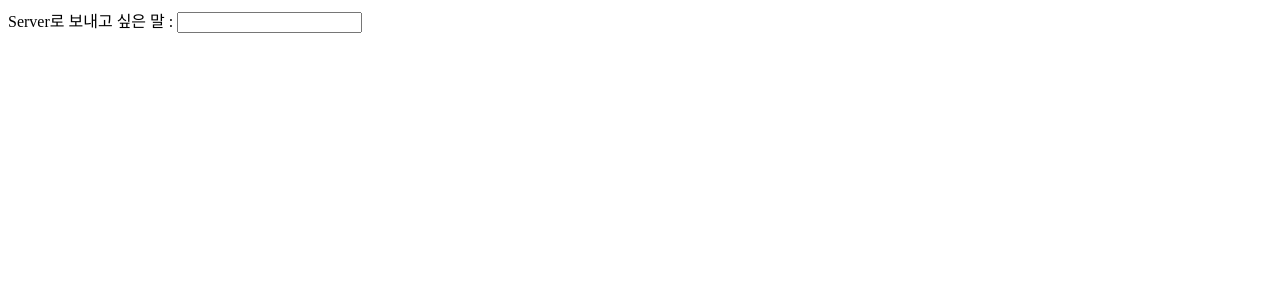
Repository: anhyunji494/JSP
Page: Servlet/src/main/webapp/ex04Form.html
An editor plug-in stored every save of this project. The page is shown before and after the next save, followed by the edit.
The browser window is 1280 px wide. The pictures show the whole page.

Above is the page before, as saved 2024-02-26 03:04:17.

After the next save:
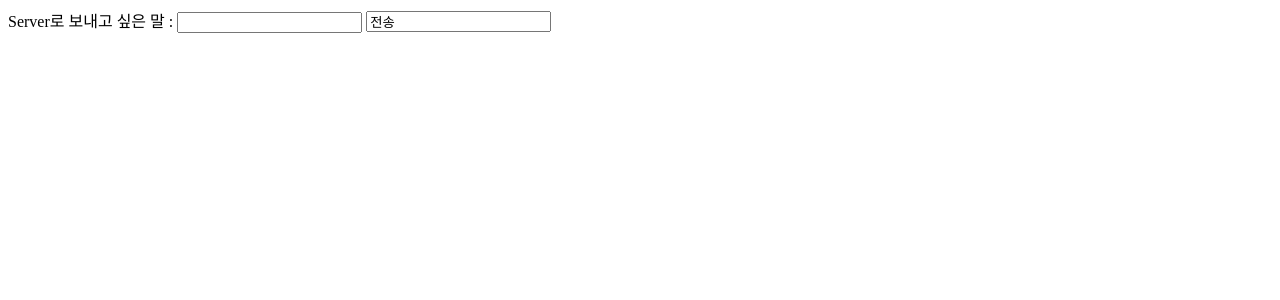
Saved 15 s later.
--- a/Servlet/src/main/webapp/ex04Form.html
+++ b/Servlet/src/main/webapp/ex04Form.html
@@ -5,10 +5,10 @@
 <title>Insert title here</title>
 </head>
 <body>
-	<form action="">
-		Server로 보내고 싶은 말 :
-		<input type="text" name = "talk>
-		<input type = "submmit"> <!-- 전송버튼--!>
+	<form action="Ex04Form">
+		Server로 보내고 싶은 말 : <input type="text" name="talk"> <input
+			type=" submmit" value="전송">
+		<!-- 전송버튼--!>
 	</form>
 </body>
 </html>
